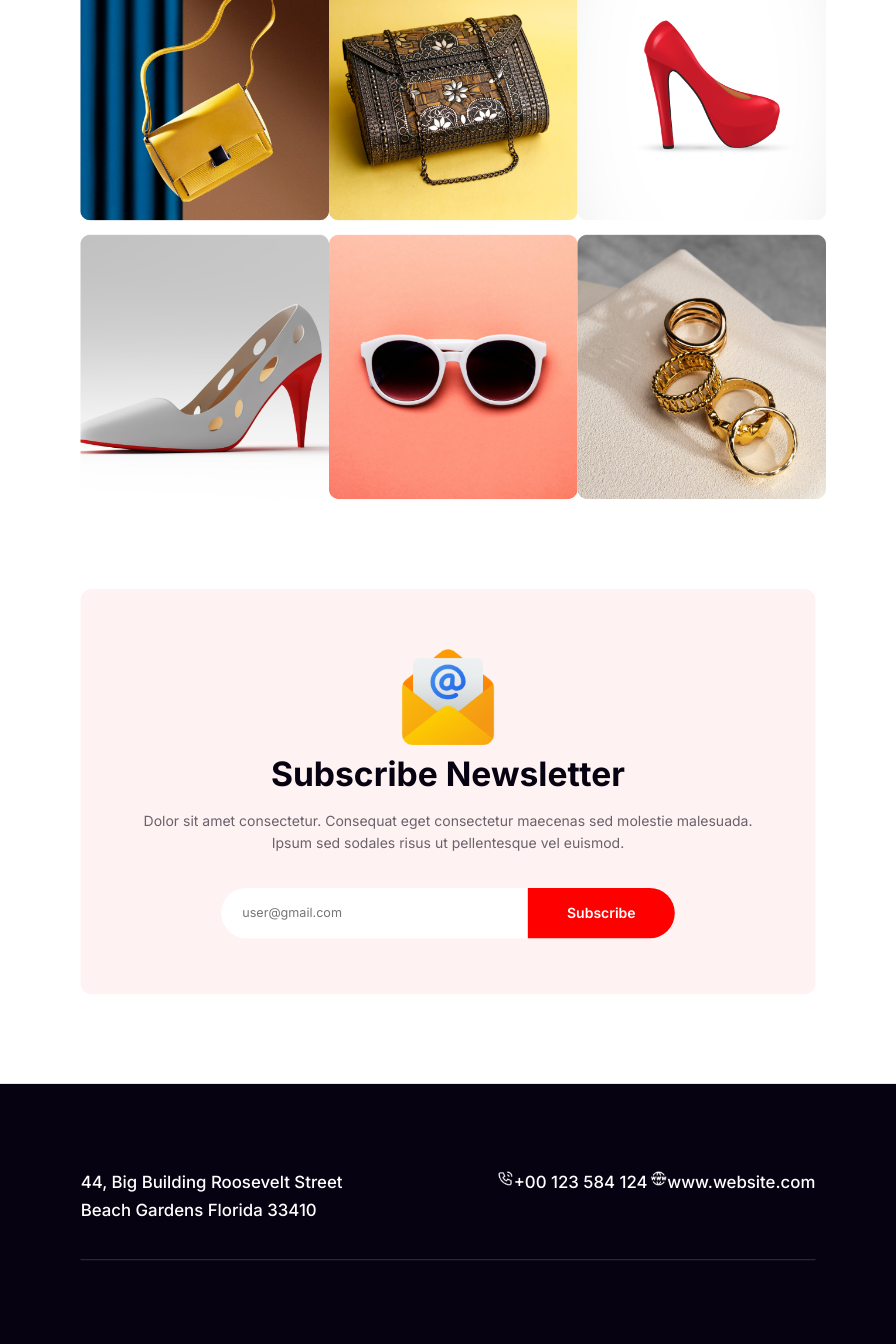
Repository: rahmatahmedrifat/First-Assignment
Page: index.html
The author's editor kept a copy of each file at every save. The page is drawn from the files as they stood at one save, then again after the next save.
The browser window is 1280 px wide. The pictures show the part of the page from y = 3699 to 5619 px (the page is 5619 px tall), at 70% of full size.

Above is the page before, as saved 2024-01-08 21:42:49.

After the next save:
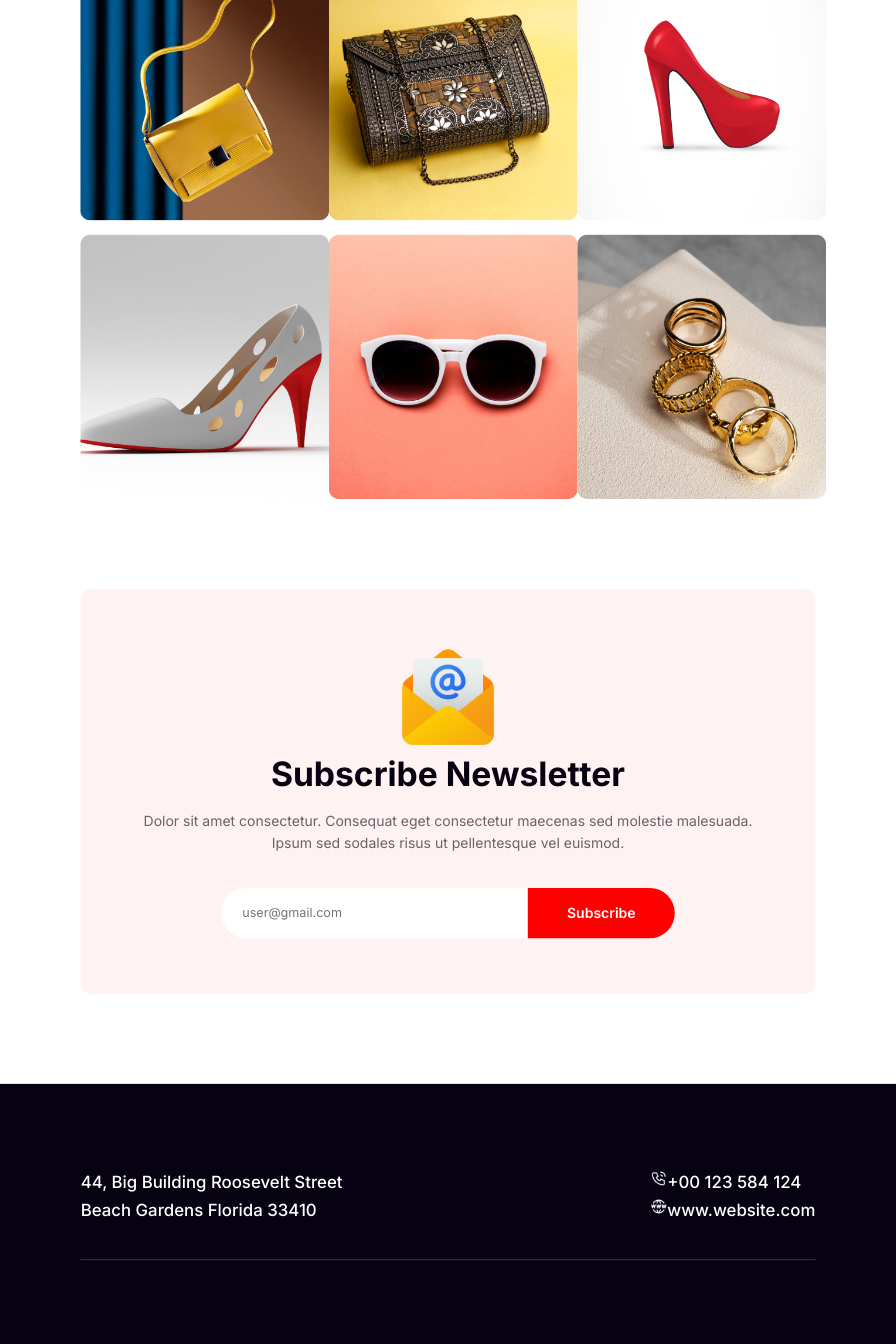
Saved 97 s later.
--- a/index.html
+++ b/index.html
@@ -138,8 +138,12 @@
                         <p class="address-similer">Beach Gardens Florida 33410</p>
                     </div>
                     <div class="footer-address">
-                        <a class="address-similer"><img src="images/icon/Call.png" alt="">+00 123 584 124</a>
-                        <a class="address-similer"><img src="images/icon/Website.png" alt="">www.website.com</a>
+                        <div class="call-icon">
+                            <a class="address-similer"><img src="images/icon/Call.png" alt="">+00 123 584 124</a>
+                        </div>
+                        <div class="website-icon">
+                            <a class="address-similer"><img src="images/icon/Website.png" alt="">www.website.com</a>
+                        </div>
                     </div>
                 </div>
                 <div class="footer-social line-color">
